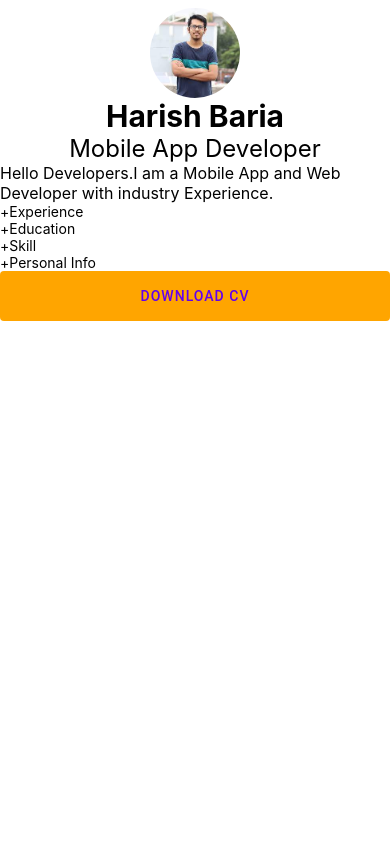
Repository: harishbariya/React-Native-ui-desiign
Screen: /
These files come from the project's save history. The screen is drawn as it stood at one moment and after the next save; the edit follows.
The app was drawn by React Native's web renderer in a window 390 px wide. The project was rebuilt for these pictures with package versions that can differ from the ones it lists, and the page was loaded fresh each time.

Above is the screen before, as saved 2021-11-17 15:00:38.

### App.js
import React, { Component } from 'react';
import {View,Text,StyleSheet,Image} from 'react-native';
import {Button} from "react-native-paper";



const QulityPar=(props)=>{
  return(
    <View style={{flexDirection:"row"}}>
    <Text>+</Text>
    <Text>{props.name}</Text>
  </View>

  );
}

class App extends Component
{
  render()
  {
    return(
      <View style={styles.display}>
      <Image style={{alignSelf:"center",marginTop:8,borderRadius:1000}}source={{uri:"data:[embedded picture, 9311 characters]"
      ,width:90,height:90}}/>
        <Text style={[styles.textstyles,{color:"#000",fontSize:30,fontWeight:"bold"}]}>Harish Baria</Text>
        <Text style={[styles.textstyles,{fontSize:24}]}>Mobile App Developer</Text>
      <Text style={{color:"#000",fontSize:16,textAlign:"auto"}}>Hello Developers.I am a Mobile App and Web Developer with industry Experience.</Text>


      <View>

       <QulityPar name="Experience"/>
       <QulityPar name="Education"/>
       <QulityPar name="Skill"/>
       <QulityPar name="Personal Info"/>





          <View>
            <Button style={{backgroundColor:"orange",padding:8}}>Download CV</Button>
          </View>
      </View>

      </View>
    );
  }
}

const styles=StyleSheet.create({

  display:{
    flex:1,
    flexDirection:"column",

  },
  textstyles:{
    color:"#000",
    textAlign:"center",
  }

})

export default App

After the next save:
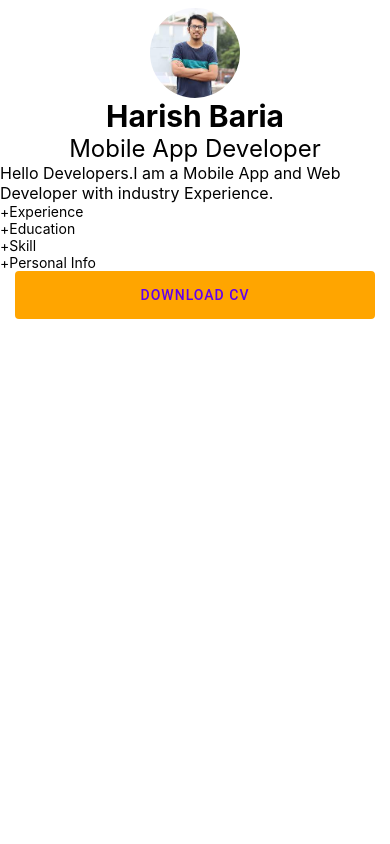
Saved 10 s later.
--- a/App.js
+++ b/App.js
@@ -39,7 +39,7 @@ class App extends Component
 
 
           <View>
-            <Button style={{backgroundColor:"orange",padding:8}}>Download CV</Button>
+            <Button style={{backgroundColor:"orange",padding:7,marginHorizontal:15}}>Download CV</Button>
           </View>
       </View>
 
